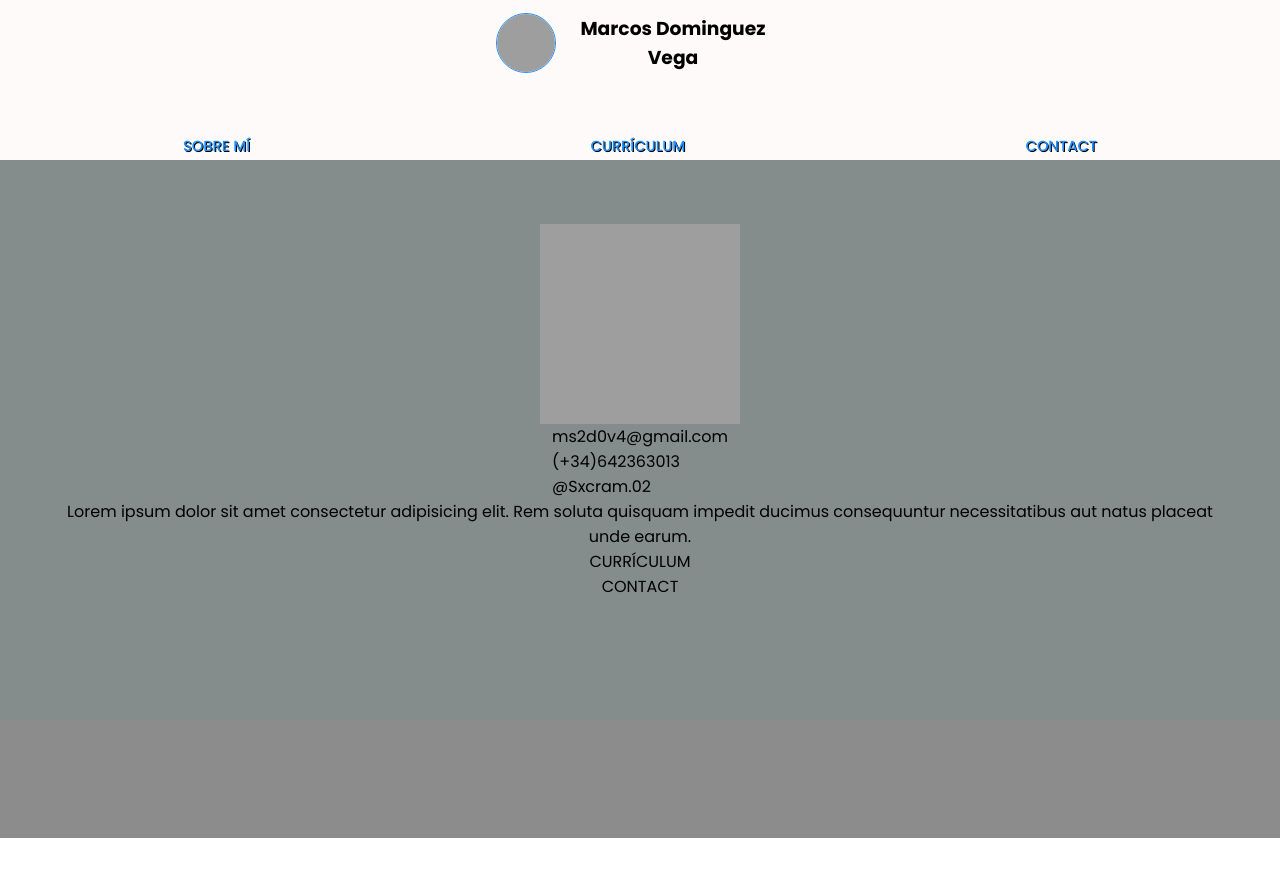
Repository: Sxcram02/Portfoliov.2
Page: index.html
The author's editor kept a copy of each file at every save. The page is drawn from the files as they stood at one save, then again after a run of saves.
The browser window is 1280 px wide. The pictures show the whole page.
Pictures or frames that could not be fetched are drawn as grey boxes.

Above is the page before, as saved 2023-04-11 00:16:24.

After the next 3 saves:
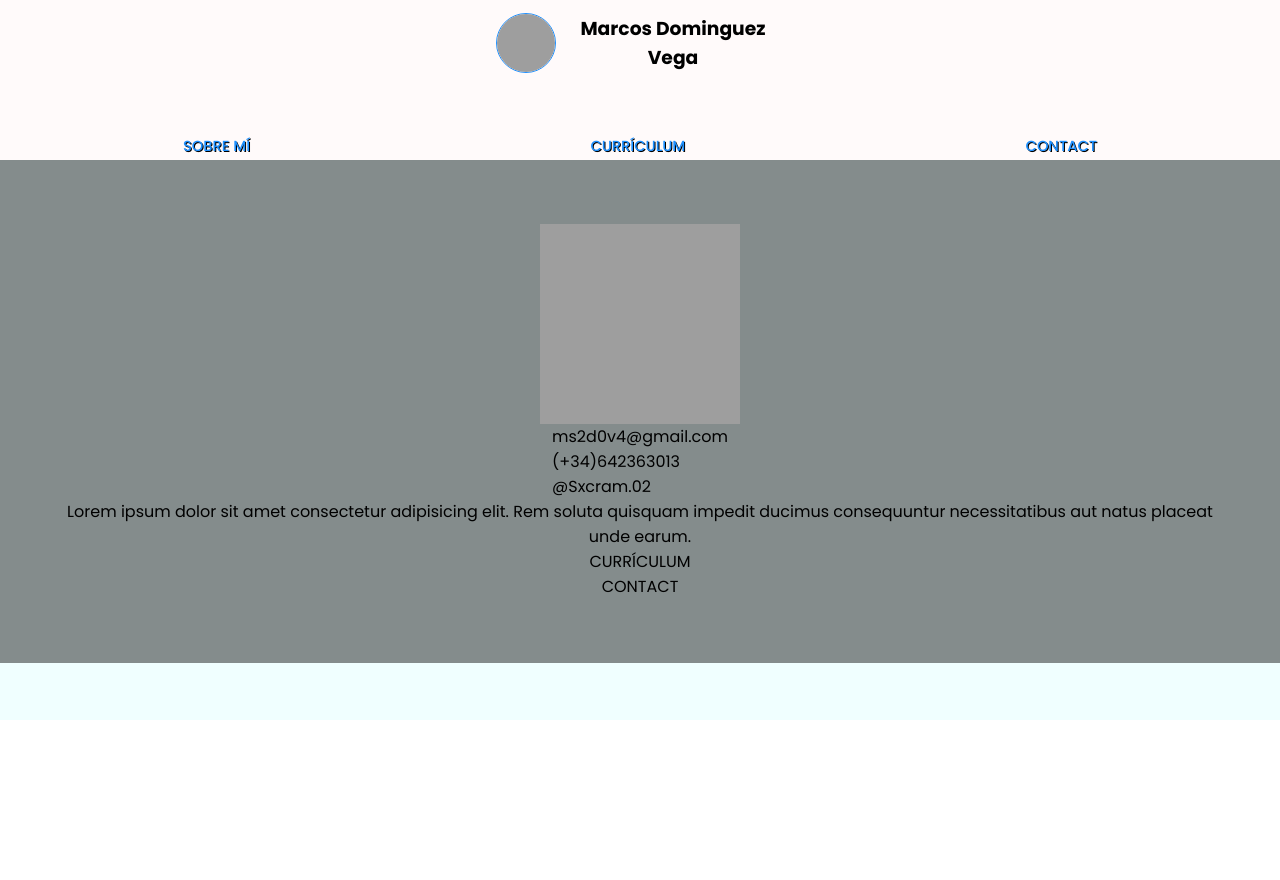
The 3 saves are shown as one change because they came seconds apart.
The last was saved 14 s later.
--- a/css/style.css
+++ b/css/style.css
@@ -81,6 +81,7 @@
     background-color: rgba(0, 0, 0, 0.451);
     display: grid;
     grid-template-columns: 1,1fr;
+    grid-ga
     grid-template-rows: repeat(2,1.4fr);
 }
 

After the save that followed:
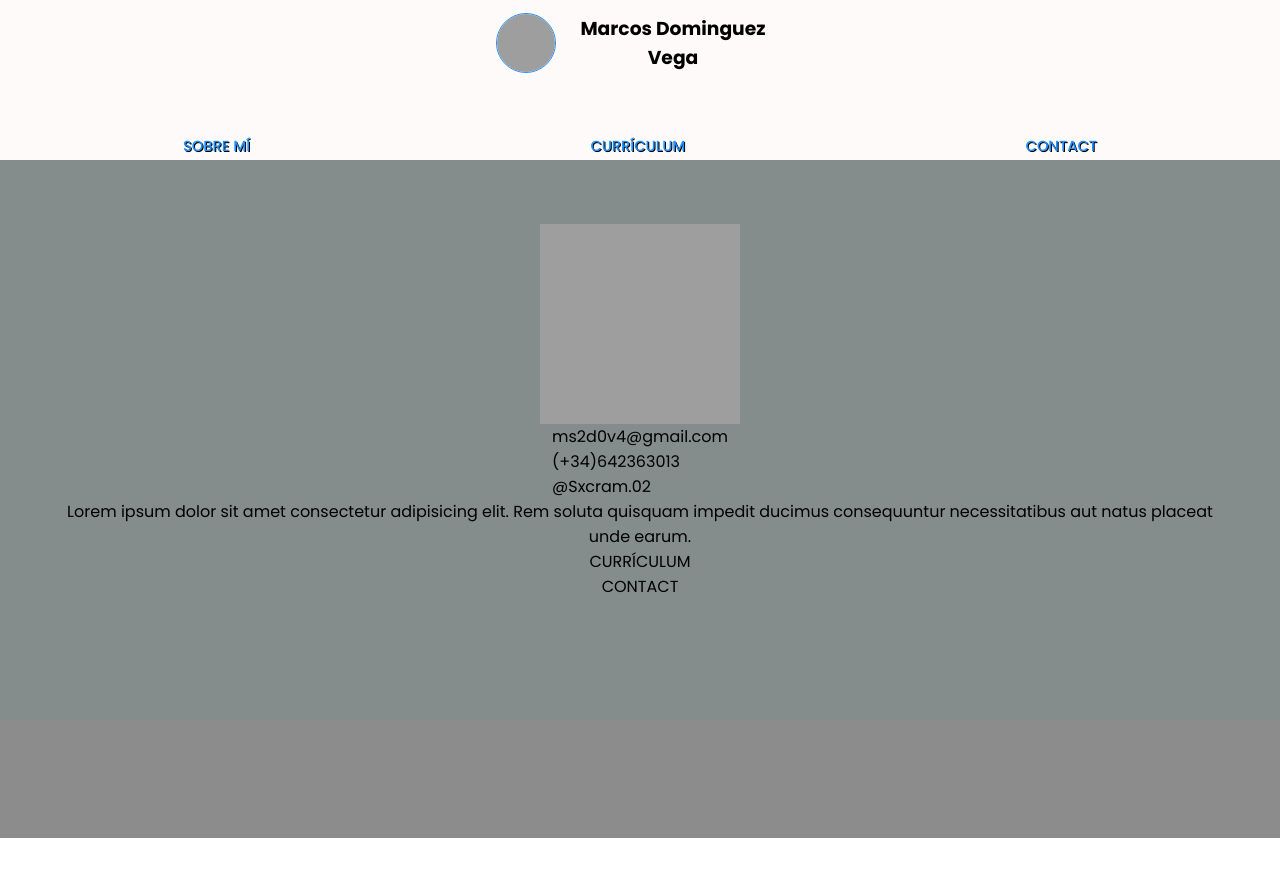
Saved 4 s later.
--- a/css/style.css
+++ b/css/style.css
@@ -81,7 +81,6 @@
     background-color: rgba(0, 0, 0, 0.451);
     display: grid;
     grid-template-columns: 1,1fr;
-    grid-ga
     grid-template-rows: repeat(2,1.4fr);
 }
 
